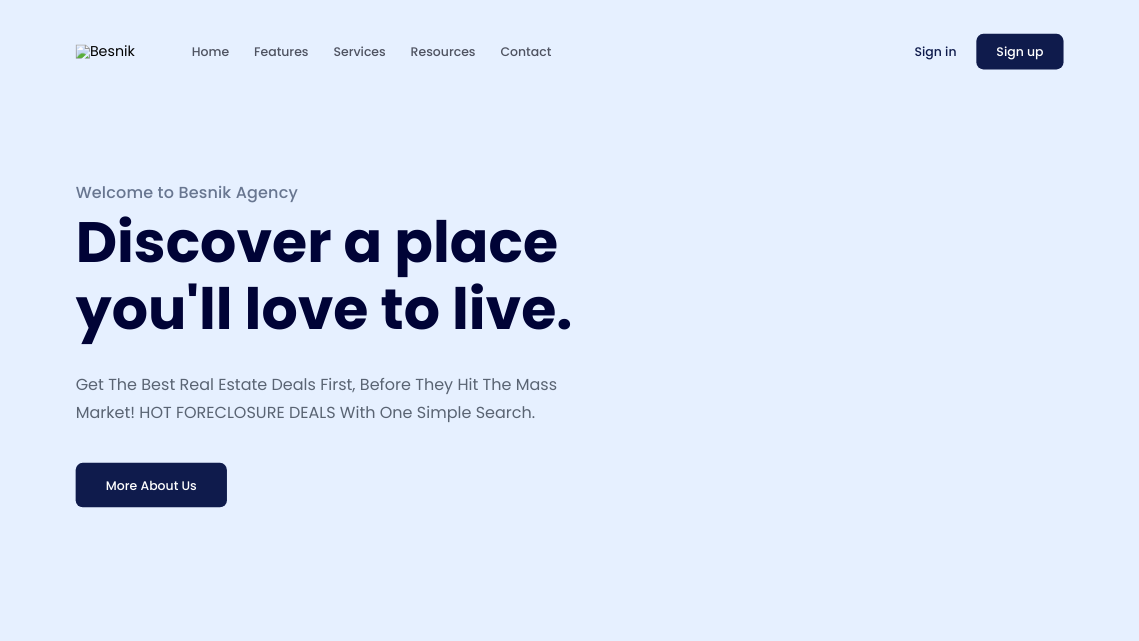
Repository: Phu2992/htmlcss-f8-01
Page: index.html
These files come from the project's save history. The page is drawn as it stood at one moment and after the next save; the edit follows.
The browser window is 1280 px wide. The pictures show the whole page, at 89% of full size.

Above is the page before, as saved 2024-09-26 16:38:53.

After the next save:
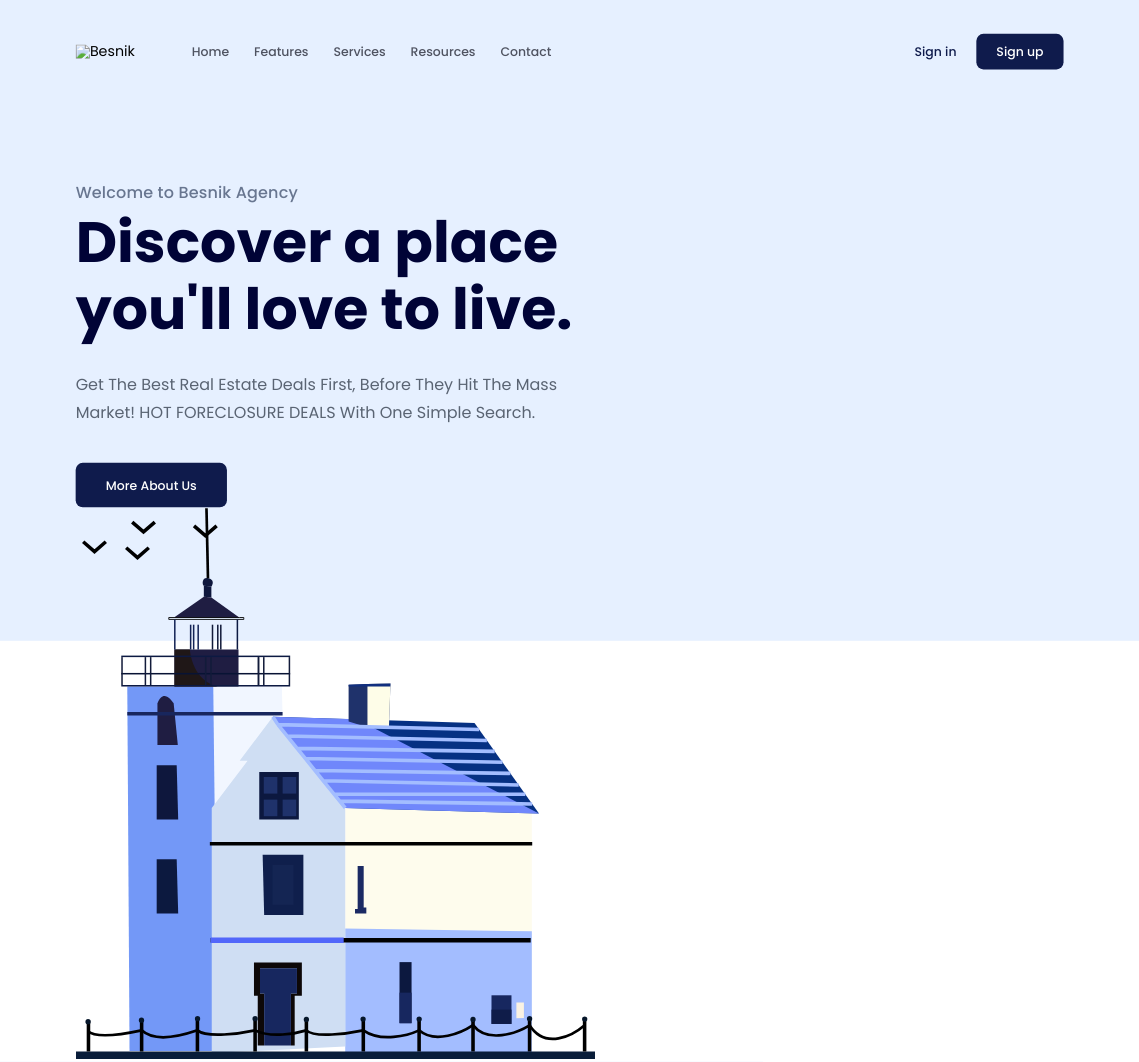
Saved 14 min 0 s later.
--- a/index.html
+++ b/index.html
@@ -49,6 +49,11 @@
                             </p>
                             <a href="" class="btn">More About Us</a>
                         </div>
+                        <!-- hero-image -->
+                        <img
+                            src="./assets/img/hero-img.svg"
+                            alt=" Discover a place you'll love to live."
+                        />
                     </div>
                 </div>
             </header>
